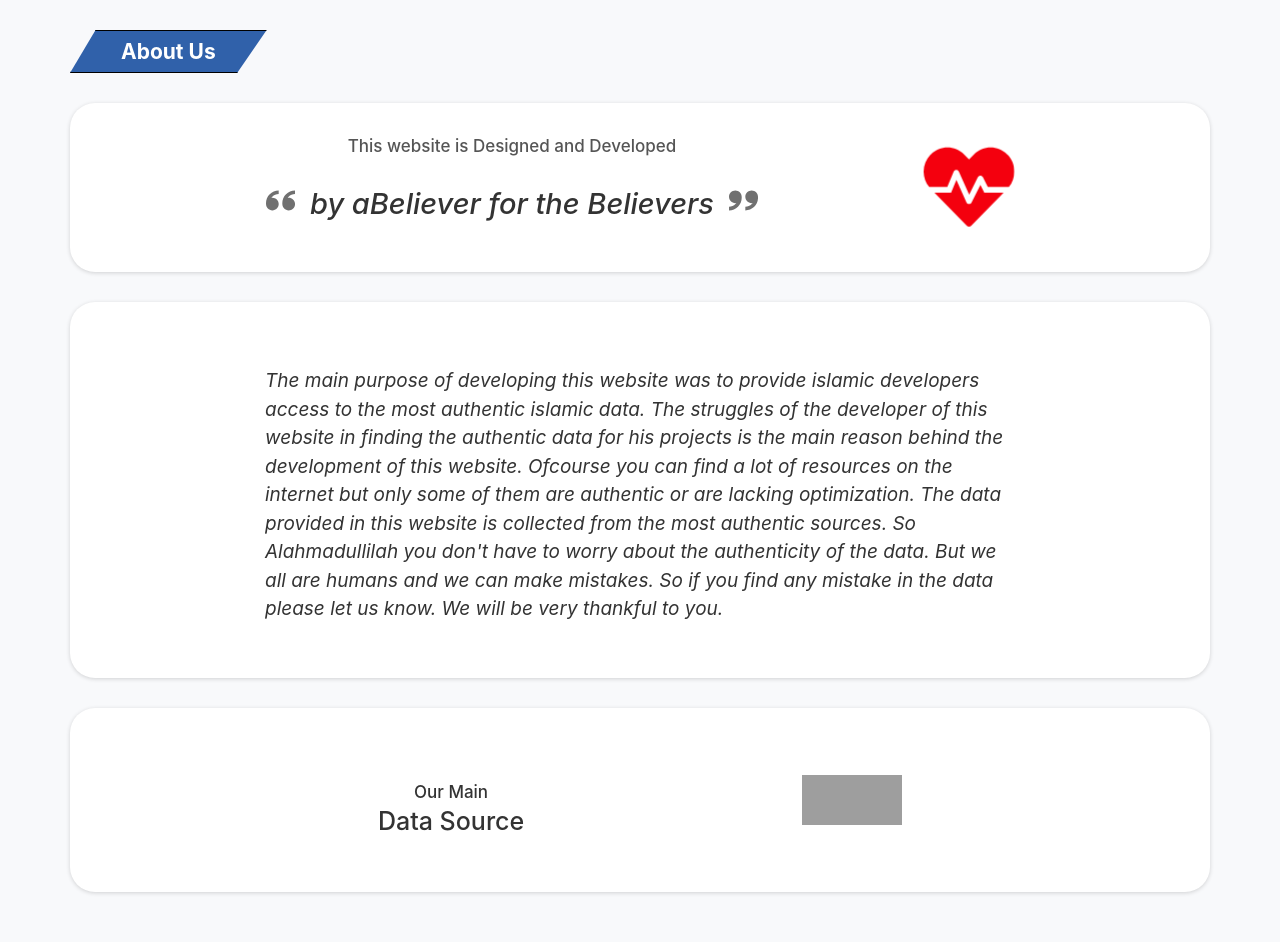
Repository: SpicierEwe/islamic-dev-repo
Page: /legal/about_us
The author's editor kept a copy of each file at every save. The page is drawn from the files as they stood at one save, then again after the next save.
The browser window is 1280 px wide. The pictures show the whole page.
Pictures or frames that could not be fetched are drawn as grey boxes. The project was rebuilt for these pictures with package versions that can differ from the ones it lists, and the page was loaded fresh each time. The framework's server and built-in components were replaced by stand-ins that run in the browser. Also part of the build but not shown: next.config.js.

Above is the page before, as saved 2022-09-16 18:06:34.

### pages/_app.js
import "../styles/globals.css";
import { DataContextProvider } from "../store/data_context";

function MyApp({ Component, pageProps }) {
  return (
    <DataContextProvider>
      <Component {...pageProps} />
    </DataContextProvider>
  );
}

export default MyApp;

### pages/legal/about_us.js
import AboutUs from "../../components/legal/about_us/about_us";

export default function Legal() {
  return (
    <div>
      <AboutUs></AboutUs>
    </div>
  );
}

### styles/globals.css
html,
body,
div,
span,
applet,
object,
iframe,
h1,
h2,
h3,
h4,
h5,
h6,
p,
blockquote,
pre,
a,
abbr,
acronym,
address,
big,
cite,
code,
del,
dfn,
em,
img,
ins,
kbd,
q,
s,
samp,
small,
strike,
strong,
sub,
sup,
tt,
var,
b,
u,
i,
center,
dl,
dt,
dd,
ol,
ul,
li,
fieldset,
form,
label,
legend,
table,
caption,
tbody,
tfoot,
thead,
tr,
th,
td,
article,
aside,
canvas,
details,
embed,
figure,
figcaption,
footer,
header,
hgroup,
menu,
nav,
output,
ruby,
section,
summary,
time,
mark,
audio,
video {
  margin: 0;
  padding: 0;
  border: 0;
  vertical-align: baseline;
}
/* HTML5 display-role reset for older browsers */
article,
aside,
details,
figcaption,
figure,
footer,
header,
hgroup,
menu,
nav,
section {
  display: block;
}
body {
  line-height: 1;
}
ol,
ul {
  list-style: none;
}
blockquote,
q {
  quotes: none;
}
blockquote:before,
blockquote:after,
q:before,
q:after {
  content: "";
  content: none;
}
table {
  border-collapse: collapse;
  border-spacing: 0;
}

/*

 ////////////////////////////////////////////////////////////////////////////from here are the styles
 //////////////////////////////////////////////////////////////////////////

*/

:root {
  --complementary-blue: #0077b6;
  --heading_black: #080808;
}

html {
  font-size: 62.5%;
}

html,
body {
  padding: 0;
  margin: 0;
  /* font-family: "Roboto", "Open Sans", sans-serif, -apple-system,
    BlinkMacSystemFont, Segoe UI, Roboto, Oxygen, Ubuntu, Cantarell, Fira Sans,
    Droid Sans, Helvetica Neue, sans-serif; */

  font-family: -apple-system, BlinkMacSystemFont, Segoe UI, Roboto, Oxygen,
    Ubuntu, Cantarell, Fira Sans, Droid Sans, Helvetica Neue, sans-serif;
  font-weight: 400;
  line-height: 1;
  color: #555;
  box-sizing: border-box;

  background-color: #f8f9fb;

  /* will make the website unselectable/copyable */
  /* -webkit-touch-callout: none;
  -webkit-user-select: none;
  -khtml-user-select: none;
  -moz-user-select: none;
  -ms-user-select: none;
  user-select: none; */
}

a {
  color: inherit;
  text-decoration: none;
}

* {
  box-sizing: border-box;
}

### store/data_context.js
import { createContext, useState } from "react";

const DataContext = createContext({
  db: [],
  downlodable_data: [],
  globaliseDataFunction: (data) => {},
  globaliseDownloadableData: (data) => {},
});

export function DataContextProvider(props) {
  const [db, setDb] = useState([]);
  const [downlodableData, setdownlodableData] = useState([]);

  // globalize db
  function globaliseData(data) {
    /// will update the data
    setDb(data);
  }

  // globalize db
  function globaliseDownloadableData(data) {
    /// will update the data
    setdownlodableData(data);
  }

  const context = {
    db: db,
    downlodable_data: downlodableData,
    globaliseDataFunction: globaliseData,
    globaliseDownloadableData: globaliseDownloadableData,
  };

  return (
    <DataContext.Provider value={context}>
      {props.children}
    </DataContext.Provider>
  );
}

export default DataContext;

### components/legal/about_us/about_us.js
import styles from "./about_us.module.css";
import Image from "next/image";
import { ImQuotesLeft, ImQuotesRight } from "react-icons/im";
import { FaHeartbeat } from "react-icons/fa";

export default function AboutUs(props) {
  return (
    <div className={styles.bg}>
      <h1 className={styles.page_title}>About Us</h1>
      <div className={styles.container_development}>
        <div>
          <p className={styles.intro}>This website is Designed and Developed</p>
          <blockquote>
            <h3 className={styles.quote}>
              <ImQuotesLeft color="#707070" style={{ marginRight: "1.5rem" }} />
              by aBeliever for the Believers
              <ImQuotesRight color="#707070" style={{ marginLeft: "1.5rem" }} />
            </h3>
          </blockquote>
        </div>
        <div className={styles.heart_icon}>
          <FaHeartbeat size="9rem" color="f4000e" />
        </div>
      </div>
      <div className={styles.container_development}>
        <p className={styles.summary}>
          The main purpose of developing this website was to provide islamic
          developers access to the most authentic islamic data. The struggles of
          the developer of this website in finding the authentic data for his
          projects is the main reason behind the development of this website.
          Ofcourse you can find a lot of resources on the internet but only some
          of them are authentic or are lacking optimization. The data provided
          in this website is collected from the most authentic sources. So
          Alahmadullilah you don&apos;t have to worry about the authenticity of
          the data. But we all are humans and we can make mistakes. So if you
          find any mistake in the data please let us know. We will be very
          thankful to you.
        </p>
      </div>

      <div className={styles.container_development}>
        <p className={styles.source_title}>
          <span className={styles.head_half}> Our Main</span>
          <br></br> Data Source
        </p>
        <Image
          src={
            "https://thumbs.dreamstime.com/b/sheikh-icon-flat-style-isolated-white-background-arab-emirates-symbol-stock-vector-illustration-91220453.jpg"
          }
          height="50%"
          width="100%"
          alt="Sheikh"
        ></Image>
      </div>
    </div>
  );
}

### components/legal/about_us/about_us.module.css
.bg {
  /* background-color: red; */
  max-width: 120rem;
  padding: 0 3rem;
  margin: 0 auto;
  padding-bottom: 5rem;
}

.page_title {
  margin-top: 3rem;
  display: inline-block;
  clip-path: polygon(13% 0, 100% 0%, 85% 100%, 0% 100%);
  background-color: #3061aa;
  color: white;
  border: 1px solid black;
  padding: 1rem 5rem;
  font-size: 2.1rem;
}

.container_development {
  justify-content: center;
  align-items: center;
  display: flex;
  border-radius: 2.5rem;
  margin-top: 3rem;
  background-color: white;
  padding: 3.5rem 3rem;
  box-shadow: rgba(0, 0, 0, 0.16) 0px 1px 4px;
  justify-content: space-evenly;
}

.intro {
  text-align: center;
  font-weight: 500;
  color: #555;
  font-size: 1.7rem;
}

.quote {
  margin-top: 3rem;
  color: #333;
  font-weight: 500;
  font-size: 2.9rem;
  font-style: italic;
  padding-bottom: 1.9rem;
  text-align: center;
}

/* heart icon */
.heart_icon {
  animation: heartBeat 1.5s infinite;
}

/* heart icon animation */
@keyframes heartBeat {
  0% {
    transform: scale(1);
  }
  20% {
    transform: scale(1.1);
  }
  40% {
    transform: scale(1);
  }
  60% {
    transform: scale(1.1);
  }
  80% {
    transform: scale(1);
  }
  100% {
    transform: scale(1);
  }
}

.summary {
  margin-top: 3rem;
  max-width: 75rem;

  line-height: 1.5;
  color: #333;
  font-size: 1.9rem;
  font-style: italic;
  padding-bottom: 1.9rem;
}

.source_title {
  margin-top: 3rem;
  color: #333;
  font-weight: 500;
  font-size: 2.5rem;
  line-height: 1.3;
  /* font-style: italic; */
  padding-bottom: 1.9rem;
  text-align: center;
}

.head_half {
  font-size: 1.7rem;
}

/* media query */
@media (max-width: 768px) {
  .container_development {
    flex-direction: column;
    row-gap: 1.5rem;
  }
}

After the next save:
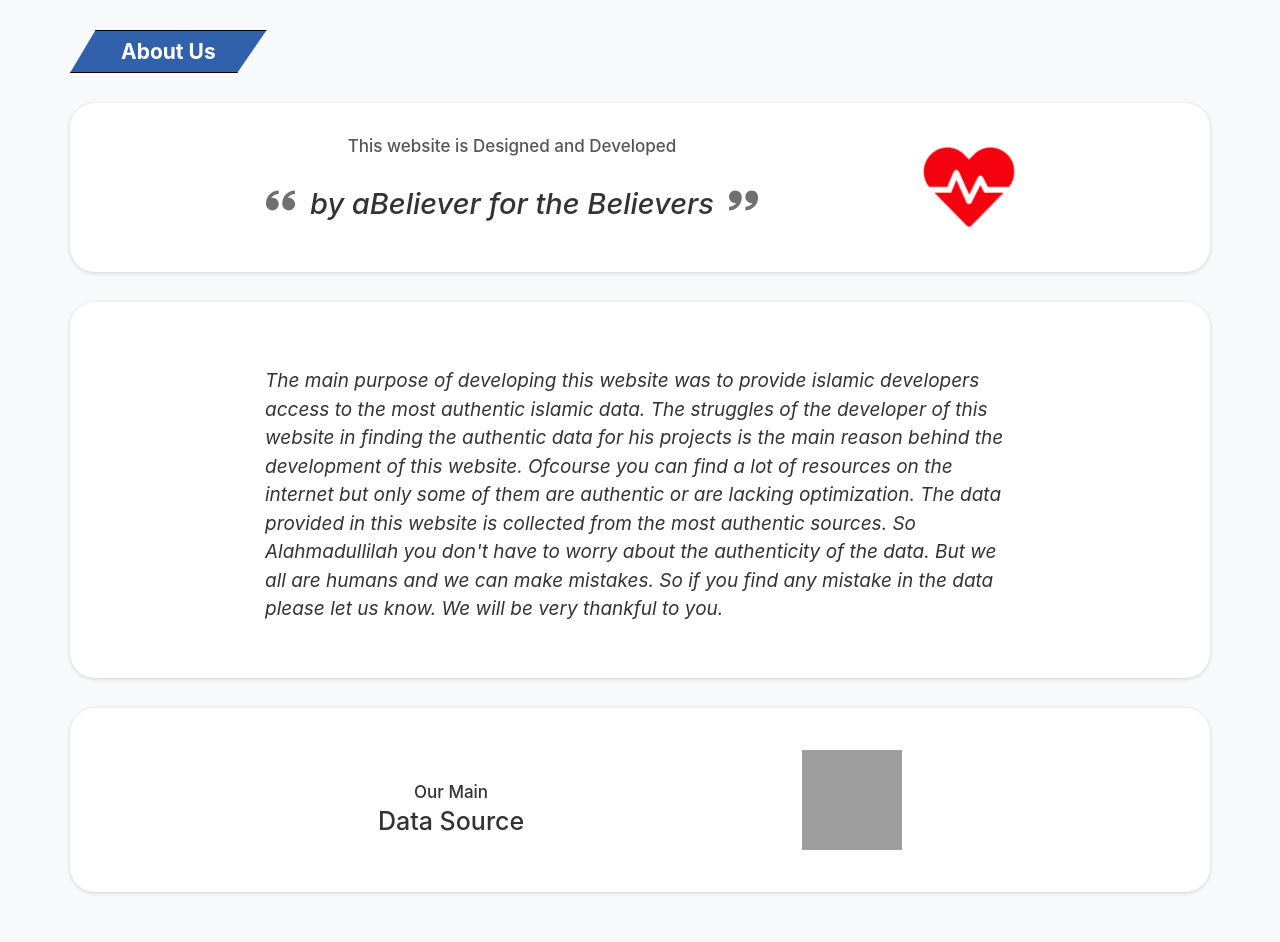
Saved 63 s later.
--- a/components/legal/about_us/about_us.js
+++ b/components/legal/about_us/about_us.js
@@ -47,7 +47,7 @@ export default function AboutUs(props) {
           src={
             "https://thumbs.dreamstime.com/b/sheikh-icon-flat-style-isolated-white-background-arab-emirates-symbol-stock-vector-illustration-91220453.jpg"
           }
-          height="50%"
+          height="100%"
           width="100%"
           alt="Sheikh"
         ></Image>
